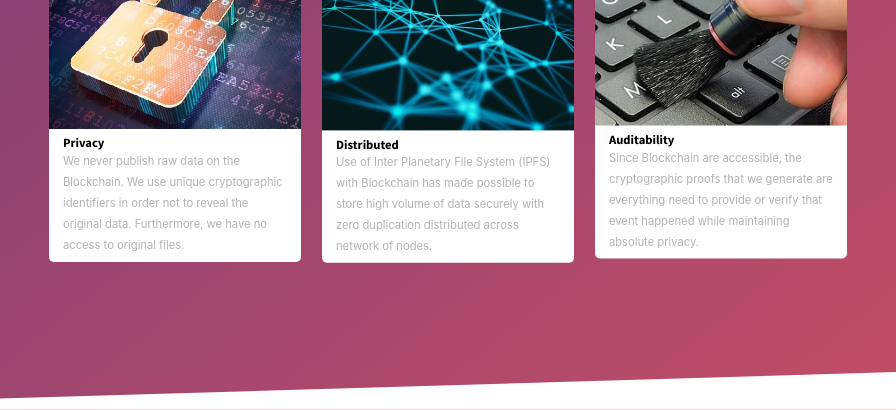
Repository: agarwalrahul-22/acs
Page: /blog
The author's editor kept a copy of each file at every save. The page is drawn from the files as they stood at one save, then again after a run of saves.
The browser window is 1280 px wide. The pictures show the part of the page from y = 2135 to 4055 px (the page is 2721 px tall before and 4055 px after), at 70% of full size.
The project was rebuilt for these pictures with package versions that can differ from the ones it lists, and the page was loaded fresh each time. Also part of the build but not shown: src/components/ImpactComponent.js, src/components/CitiesComponent.js, src/components/FooterComponent.js.

Above is the page before, as saved 2022-10-09 17:05:00.

After the next 2 saves:
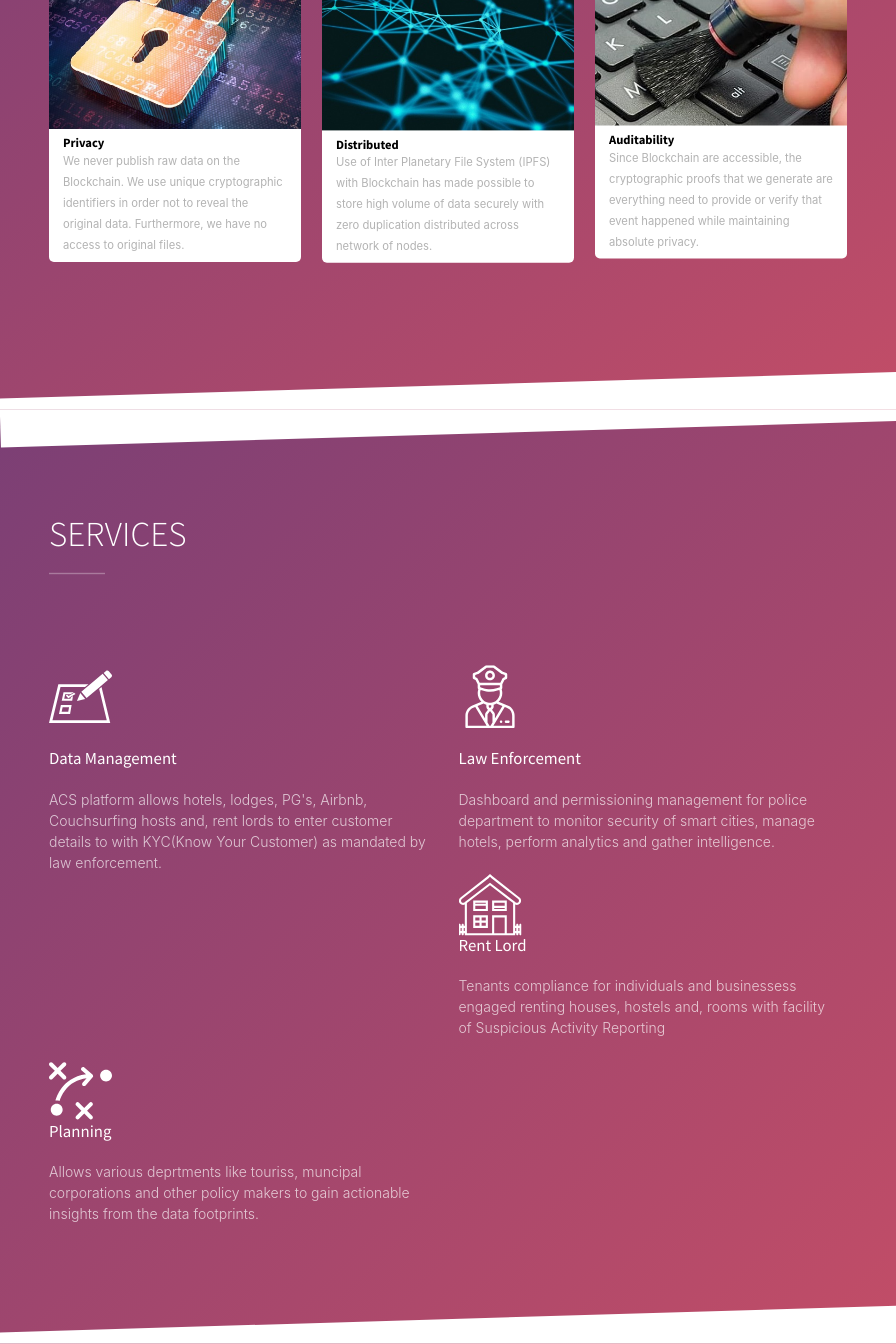
The 2 saves are shown as one change because 1 did not build or start.
The last was saved 20 s later.
--- a/src/App.js
+++ b/src/App.js
@@ -13,7 +13,7 @@ function App() {
       <LandingComponent />
       <TechComponent />
       {/* <ImpactComponent /> */}
-      {/* <ServicesComponent /> */}
+      <ServicesComponent />
       {/* <CitiesComponent /> */}
       {/* <FooterComponent /> */}
     </div>
